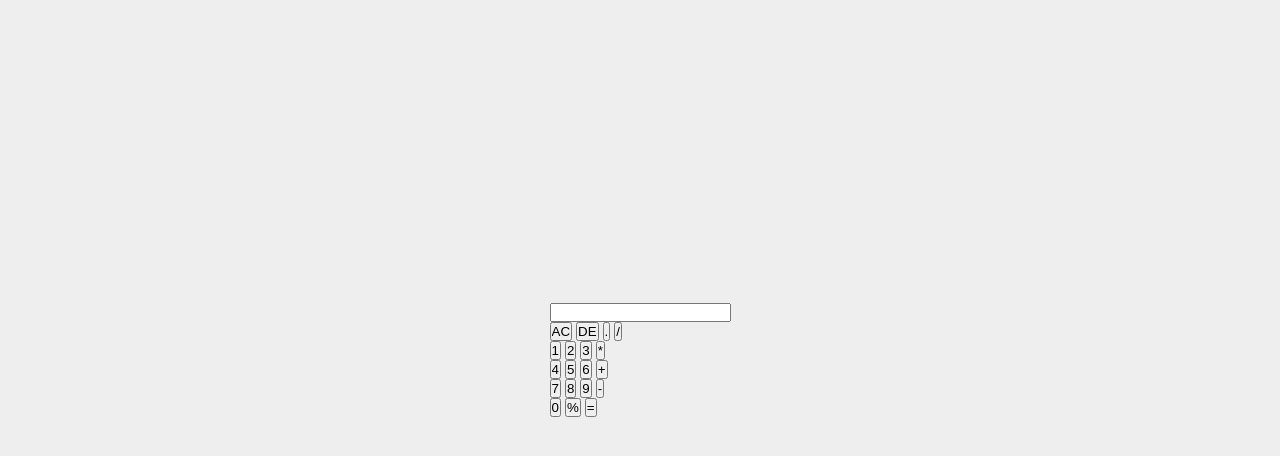
Repository: jerrys-arch/web-calculator
Page: index.html
These files come from the project's save history. The page is drawn as it stood at one moment and after a run of saves; the edit follows.
The browser window is 1280 px wide. The pictures show the whole page.

Above is the page before, as saved 2024-11-30 04:54:58.

After the next 2 saves:
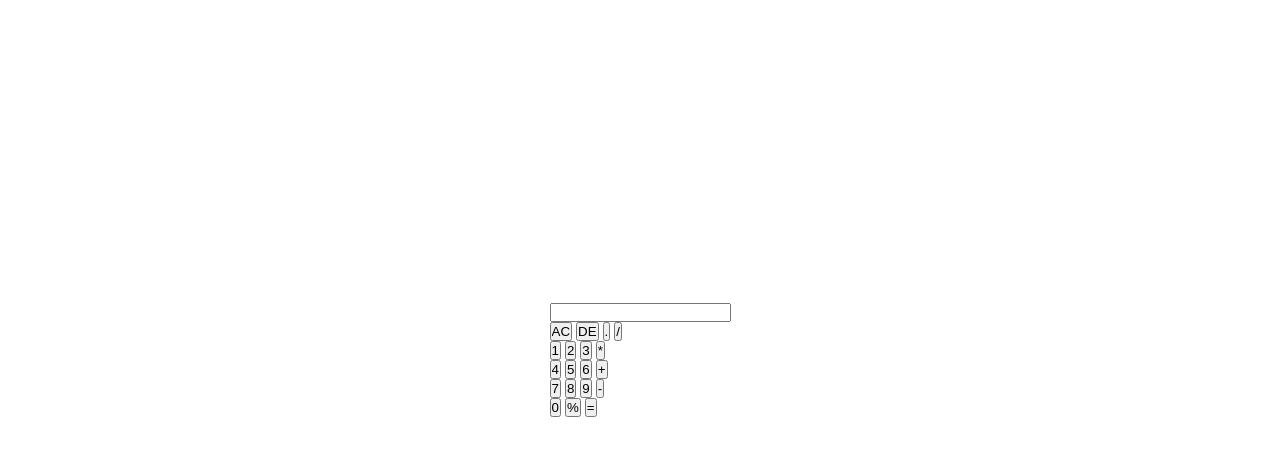
The 2 saves are shown as one change because they came seconds apart.
The last was saved 9 s later.
--- a/styles.css
+++ b/styles.css
@@ -9,10 +9,10 @@
     align-items: center;
     justify-content: center;
     height:100vh;
-    background: #eee;
+
 }
 .caclculator{
     padding:20px;
     width:100px;
-    background: ;
+    background: background: #eee; ;
 }
